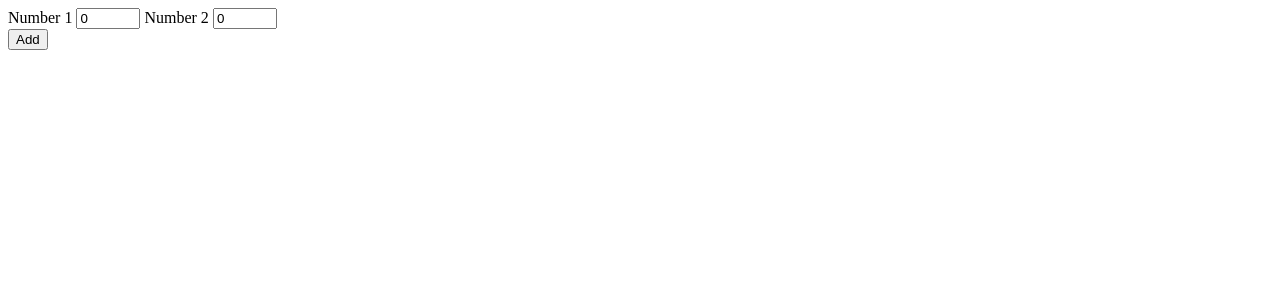
Repository: NathanDPoole/Personal
Page: Training/JavaScriptEx/src/main/webapp/html/DOMExample.html
The author's editor kept a copy of each file at every save. The page is drawn from the files as they stood at one save, then again after the next save.
The browser window is 1280 px wide. The pictures show the whole page.

Above is the page before, as saved 2017-12-29 15:17:56.

After the next save:
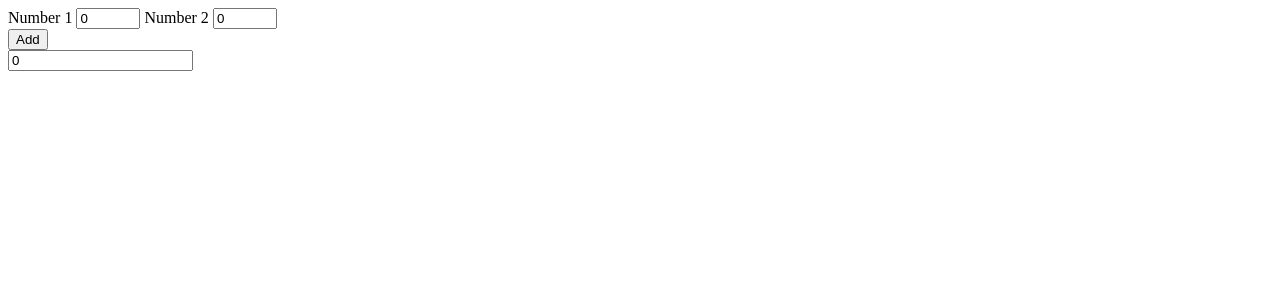
Saved 112 s later.
--- a/Training/JavaScriptEx/src/main/webapp/html/DOMExample.html
+++ b/Training/JavaScriptEx/src/main/webapp/html/DOMExample.html
@@ -14,6 +14,9 @@
 				<div>
 					<input id="addBtn" type="button" value="Add"/>
 				</div>
+				<div>
+					<input id="results" type="text" value="0"/>
+				</div>
 			</div>
 		</div>
 	</div>
